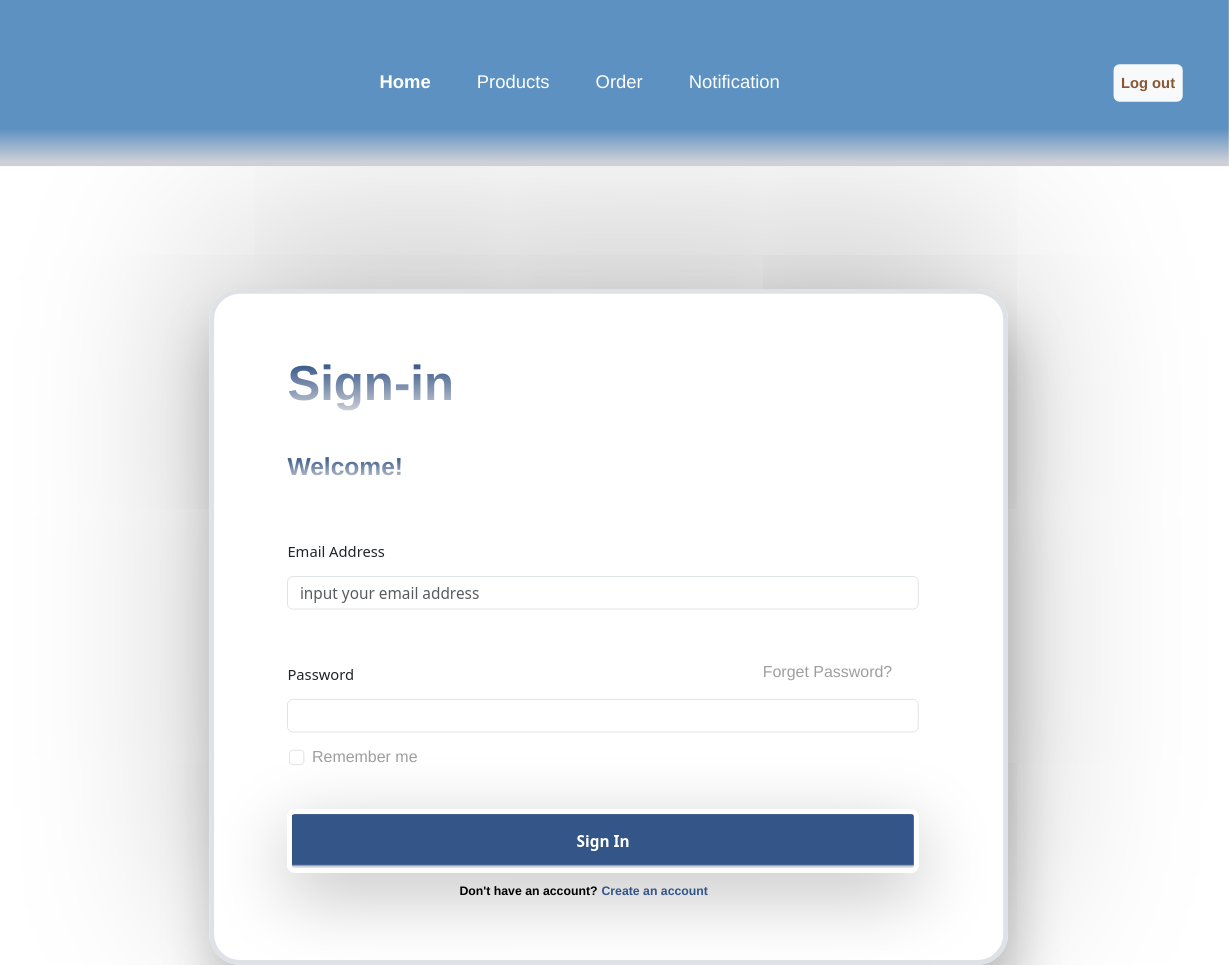
Repository: OVictor21/inventory
Page: /
These files come from the project's save history. The page is drawn as it stood at one moment and after a run of saves; the edit follows.
The browser window is 1280 px wide. The pictures show the whole page, at 96% of full size.
The project was rebuilt for these pictures with package versions that can differ from the ones it lists, and the page was loaded fresh each time.

Above is the page before, as saved 2024-12-14 04:19:09.

After the next 2 saves:
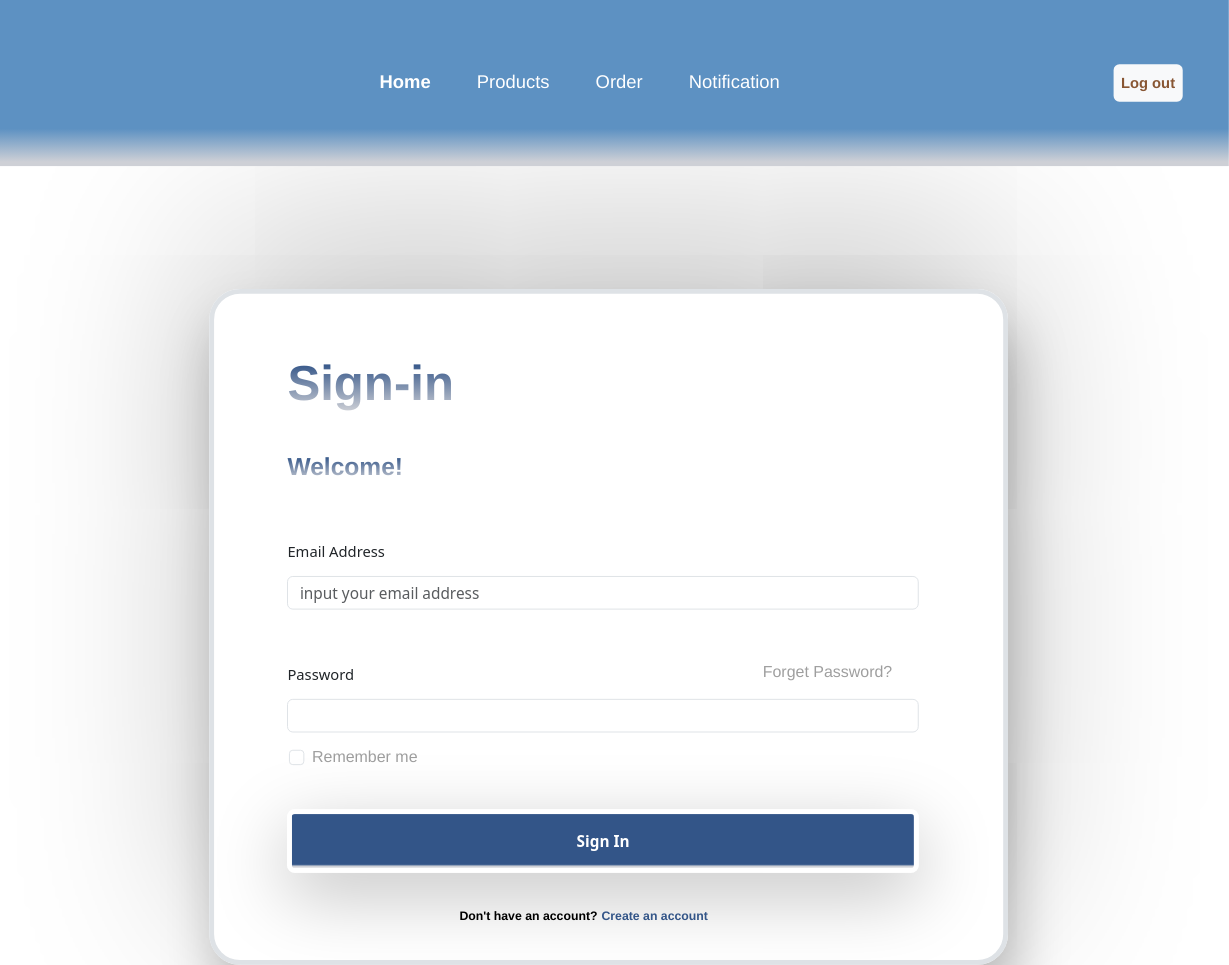
The 2 saves are shown as one change because they came seconds apart.
The last was saved 41 s later.
--- a/src/index.css
+++ b/src/index.css
@@ -168,7 +168,7 @@ nav {
   font-size: 1vw;
   letter-spacing: 0;
   line-height: normal;
-  top: 48vw;
+  top: 50vw;
   left: 20vw;
 }
 
@@ -180,7 +180,7 @@ nav {
   text-decoration: none;
   letter-spacing: 0;
   line-height: normal;
-  top: 48vw;
+  top: 50vw;
   right: 24vw;
 }
 
